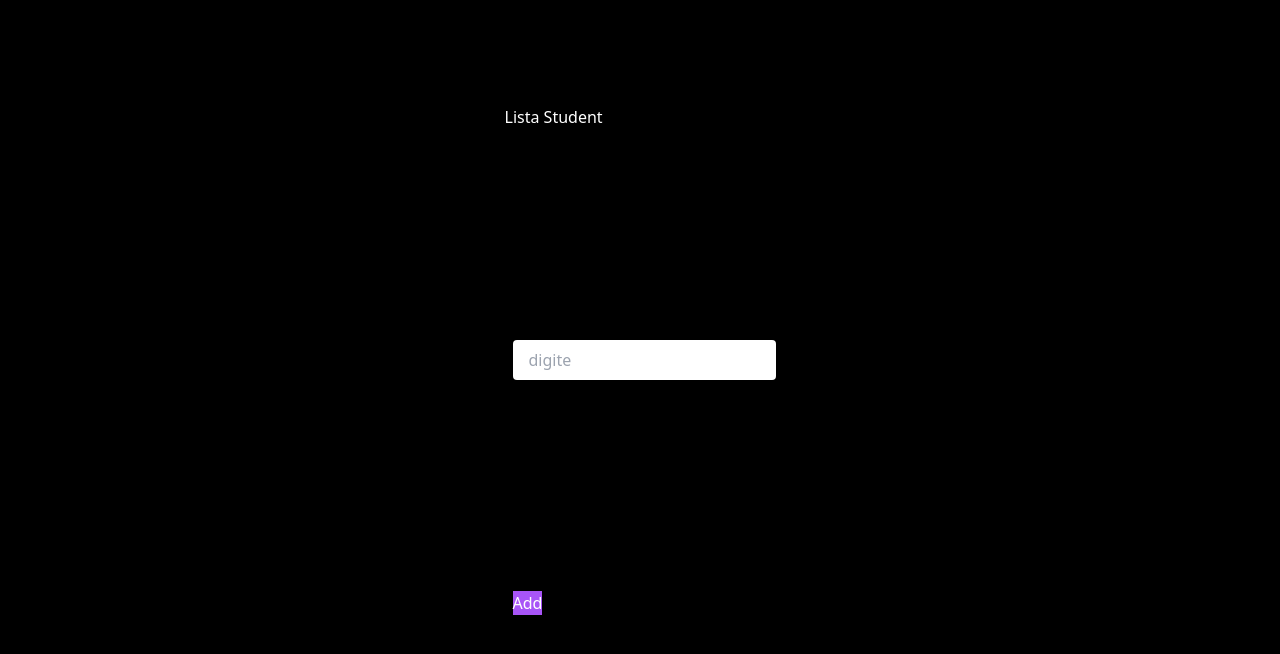
Repository: LuisSempre/FundamentosReact
Page: /
The author's editor kept a copy of each file at every save. The page is drawn from the files as they stood at one save, then again after the next save.
The browser window is 1280 px wide. The pictures show the whole page.
The project was rebuilt for these pictures with package versions that can differ from the ones it lists, and the page was loaded fresh each time. Also part of the build but not shown: vite.config.js, src/components/Card.jsx.

Above is the page before, as saved 2022-06-28 18:18:24.

After the next save:
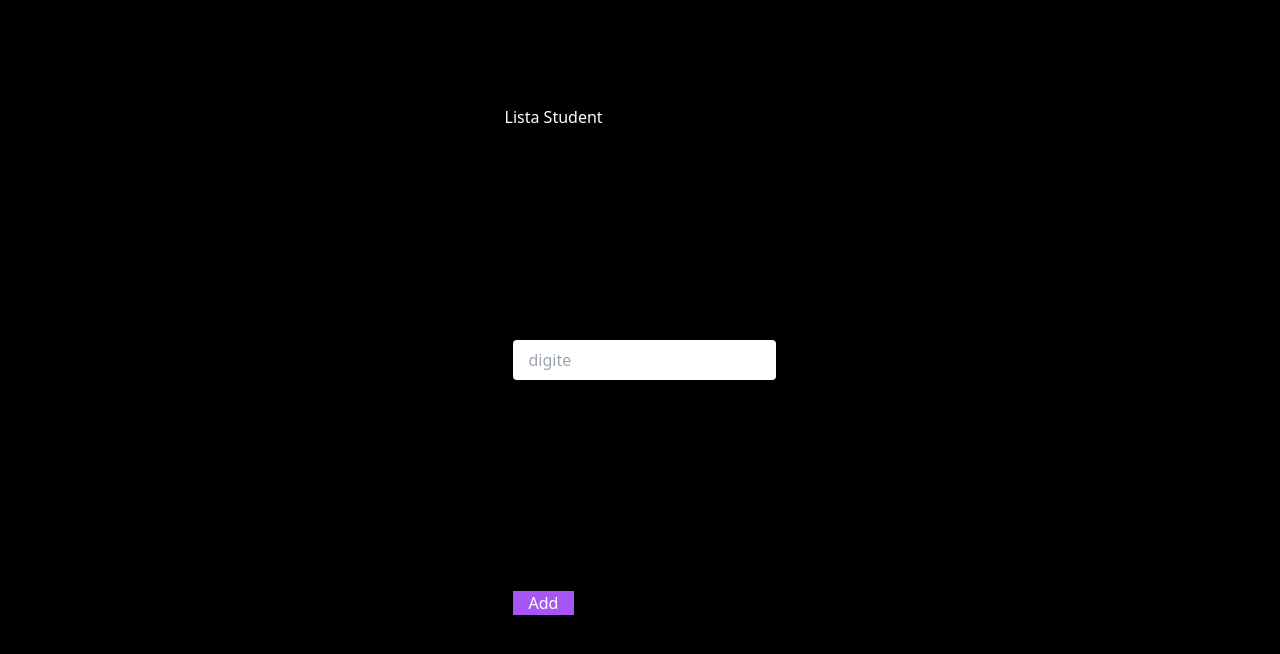
Saved 6 s later.
--- a/src/pages/Home.jsx
+++ b/src/pages/Home.jsx
@@ -31,7 +31,7 @@ export function Home() {
       </div>
       <div>
         <button
-        className="bg-purple-500"
+        className="px-4 bg-purple-500"
         onClick={studentAdd}>Add</button>
         {students.map((student) => (
           <Card name={student.name} time={student.time} />
